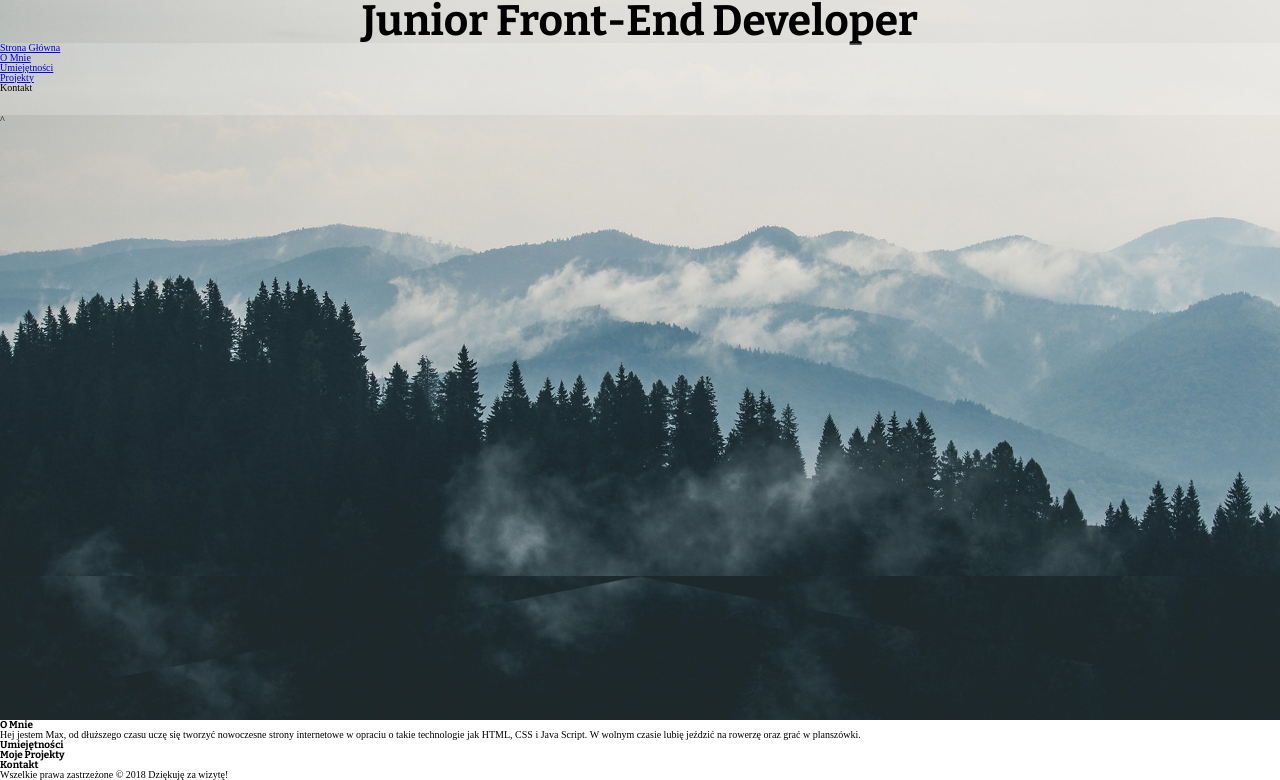
Repository: Maxs777/wizytowka
Page: index.html
The author's editor kept a copy of each file at every save. The page is drawn from the files as they stood at one save, then again after the next save.
The browser window is 1280 px wide. The pictures show the whole page.

Above is the page before, as saved 2019-03-10 12:44:39.

### index.html
<!DOCTYPE html>
<html lang="pl">
<head>
    <meta charset="UTF-8">
    <meta name="viewport" content="width=device-width, initial-scale=1.0">
    <meta http-equiv="X-UA-Compatible" content="ie=edge">
    <link rel="stylesheet" href="_css/style.css">
    <title>Strona-wizytówka</title>
    <meta name="description" content="Jest to moja pierwsza strona-wizytówka">
    <meta name="author" content="Maksymilian Suchocki">
    <link href="https://fonts.googleapis.com/css?family=Bitter:400i,700&amp;subset=latin-ext" rel="stylesheet">
    <link rel="stylesheet" href="https://use.fontawesome.com/releases/v5.7.2/css/all.css"
        integrity="sha384-fnmOCqbTlWIlj8LyTjo7mOUStjsKC4pOpQbqyi7RrhN7udi9RwhKkMHpvLbHG9Sr" crossorigin="anonymous">


</head>
<body>
    <h2 class="hide">Strona Wizytówka - Maksymilian Suchocki</h2>
   <div class="container">
       <header>
        <h1>Junior Front-End Developer</h1>
        <nav>
            <h2 class="hide">Główna Nawigacja</h2>
            <ul>
                <li><a href="#header">Strona Główna</a></li>
                <li><a href="#section1">O Mnie</a></li>
                <li><a href="#section2">Umiejętności</a></li>
                <li><a href="#section3">Projekty</a></li>
                <li><a href="#section4"></a>Kontakt</li>
            </ul>
        </nav>
           <div class="wrapper">^</div>
           <div class="downimage"></div>
        </header>
        <main role="main">
            <section id="section1" class="me">
                <h2 class="hide">Informacje o autorze</h2>
                <article class="aboutme">
                    <h2>O Mnie</h2>
                    <p>Hej jestem Max, od dłuższego czasu uczę się tworzyć nowoczesne strony internetowe w opraciu o takie technologie jak HTML, CSS i Java Script. W wolnym czasie lubię jeździć na rowerzę oraz grać w planszówki.</p>
                </article>
                <article class="skills">
                    <h2>Umiejętności</h2>
                </article>
            </section>
            <section id="section3" class="project">
                <h2>Moje Projekty</h2>
            </section>
            <section id="section4" class="contact">
                <h2>Kontakt</h2>
            </section>
        </main>
       <footer>
        <p>Wszelkie prawa zastrzeżone &copy; 2018 Dziękuję za wizytę!</p>
       </footer>
   </div>
</body>
</html>

### _css/style.css
@import url('reset.css');

:root{
    /* -----------------------------fonts */
    font-size: 62.5%;
    /* font-family: 'Bitter', serif; */

    /*---------------------------- colors */
    --dark-blue-color: #2C3E50;
    --red-color: #E74C3C;
    --white-color: #ECF0F1;
    --main-blue: #3498DB;
    --second-blue: #2980B9;
    /* ---------------------------------- */
}

*,
*::after,
*::before{
    box-sizing: border-box;
}

h1, h2{
    font-family: 'Bitter',
    serif;
}

h1{
    font-size: 4.25rem;
    font-weight: bold;
    text-align: center;
}

nav{
    background-color: rgba(255, 255, 255, .2);
    height: 10vh;
    position: sticky;
    text-decoration: none;


}

.hide{
    position: absolute;
    clip:rect(0px 0px 0px 0px);
    *clip: rect(0 0 0 0);
}

header{
    height: 100vh;
    width: 100vw;
    background: url(../_assets/_img/background.jpg) center / cover;
    /* overflow: hidden; */
}

.downimage{
        background: url(../_assets/_img/background1.png) bottom / cover no-repeat;
        height: 20vh;
        width: 100vw;
        position: absolute;
        top: 80vh;
}

Loaded but not shown: _css/reset.css (common file)

After the next save:
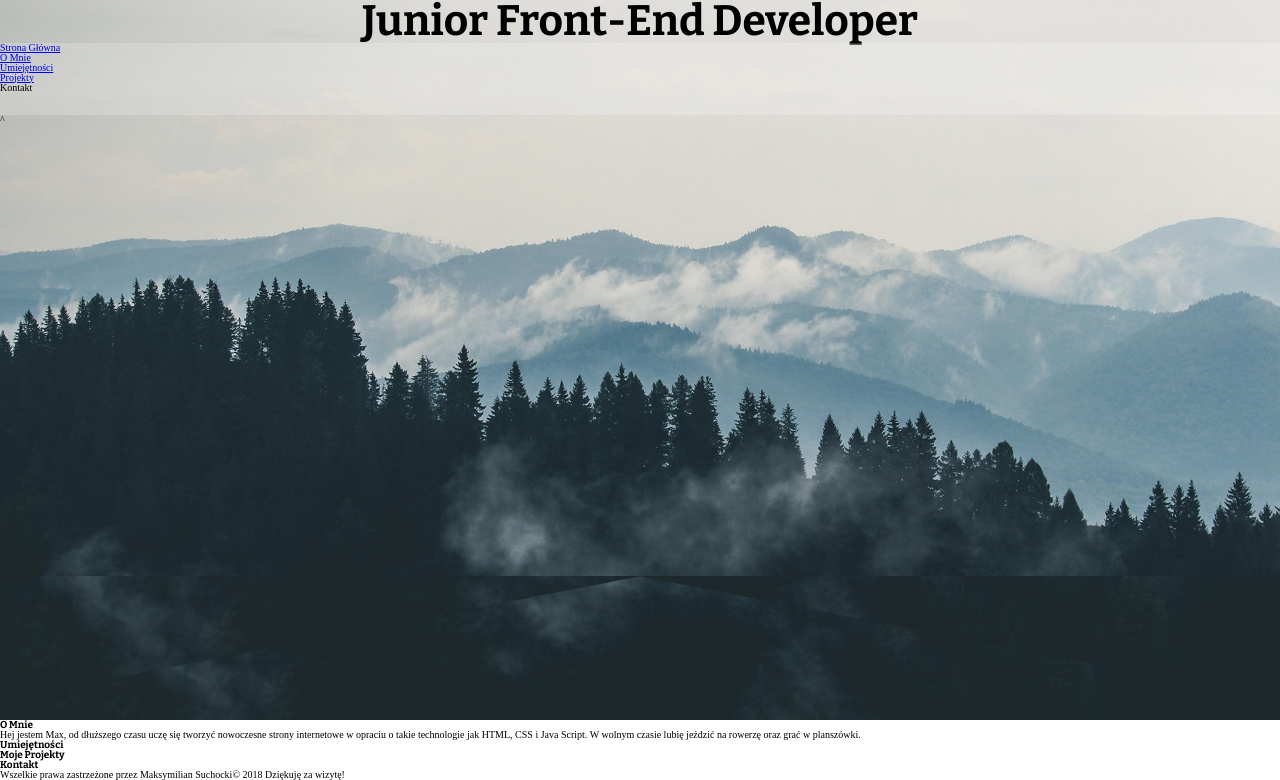
Saved 12 s later.
--- a/index.html
+++ b/index.html
@@ -51,7 +51,7 @@
             </section>
         </main>
        <footer>
-        <p>Wszelkie prawa zastrzeżone &copy; 2018 Dziękuję za wizytę!</p>
+        <p>Wszelkie prawa zastrzeżone przez Maksymilian Suchocki&copy; 2018 Dziękuję za wizytę!</p>
        </footer>
    </div>
 </body>
